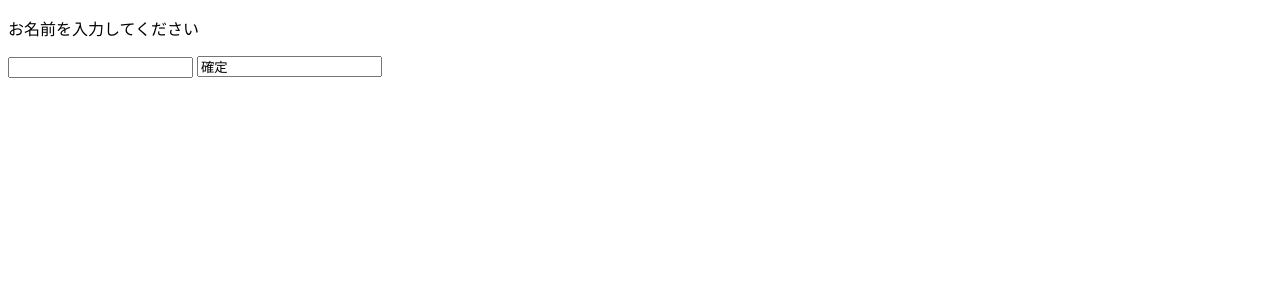
Repository: gjp373/test
Page: http://localhost/HelloJSP/
The author's editor kept a copy of each file at every save. The page is drawn from the files as they stood at one save, then again after the next save.
The browser window is 1280 px wide. The pictures show the whole page.
The page is served by Tomcat 9.

Above is the page before, as saved 2018-03-07 04:34:19.

### HelloJSP/WebContent/index.jsp
<%@ page language="java" contentType="text/html; charset=UTF-8"
    pageEncoding="UTF-8"%>
<!DOCTYPE html PUBLIC "-//W3C//DTD HTML 4.01 Transitional//EN" "http://www.w3.org/TR/html4/loose.dtd">
<html>
<head>
<meta http-equiv="Content-Type" content="text/html; charset=UTF-8">
<title>TEST</title>
</head>
<body>

<p>お名前を入力してください</p>

<form methot="post" action="greeting-out.jsp">

<input type="text" name="user">
<input tepe="submit" value="確定">

</form>





</body>
</html>

After the next save:
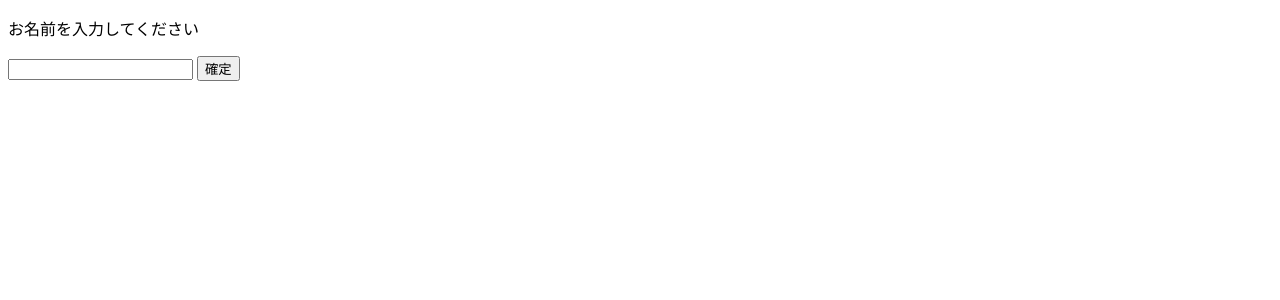
Saved 114 s later.
--- a/HelloJSP/WebContent/index.jsp
+++ b/HelloJSP/WebContent/index.jsp
@@ -13,7 +13,7 @@
 <form methot="post" action="greeting-out.jsp">
 
 <input type="text" name="user">
-<input tepe="submit" value="確定">
+<input type="submit" value="確定">
 
 </form>
 
